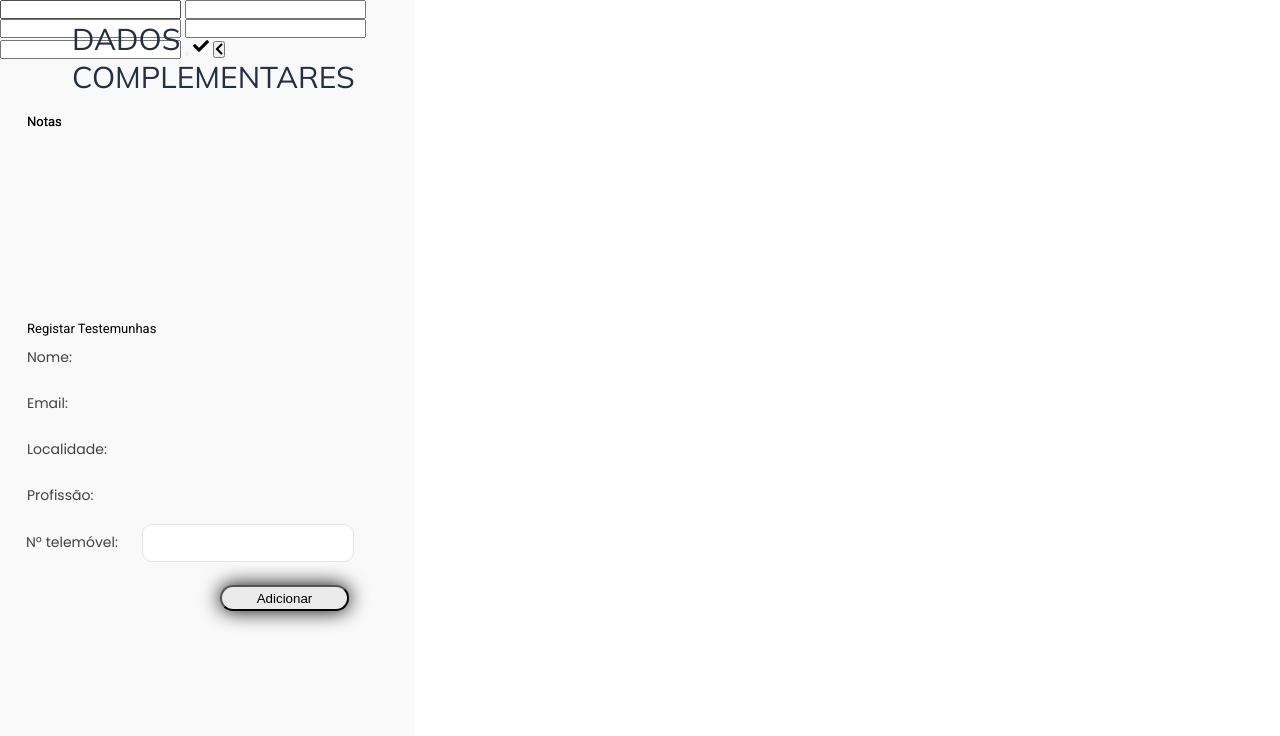
Repository: UnivMinho/D12_frontend
Page: Responsável no Terreno/Front-Office/DadosComplementares.html
The author's editor kept a record of every edit. The page is drawn from the files as they stood at one moment, then again after the next edit.
The browser window is 1280 px wide. The pictures show the whole page.
Some web libraries are served in a nearby version.

Above is the page before.

After the next edit:
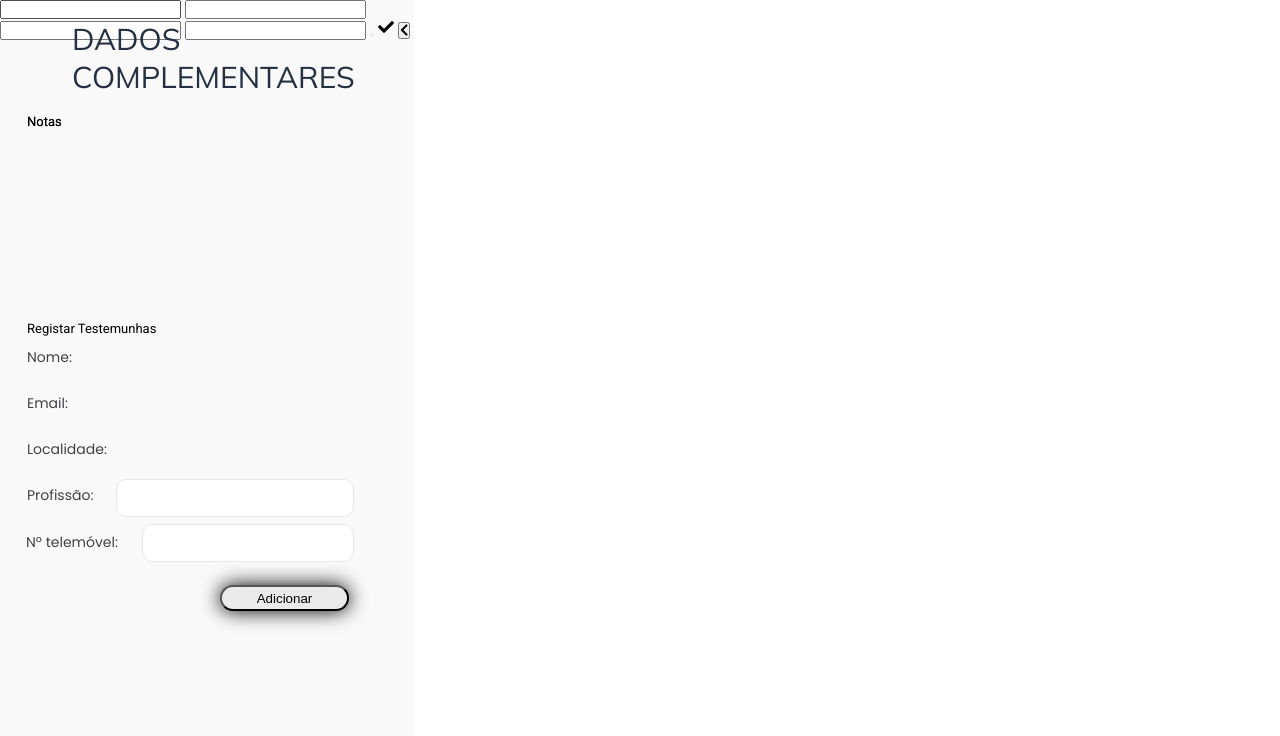
The edit:
--- a/Responsável no Terreno/Front-Office/DadosComplementares.css
+++ b/Responsável no Terreno/Front-Office/DadosComplementares.css
@@ -227,7 +227,7 @@
     text-align: left;
 }
 
-.caixaProfissao {
+.inputProfissao {
     width: 236px;
     height: 36px;
     background: rgba(255, 255, 255, 1);
